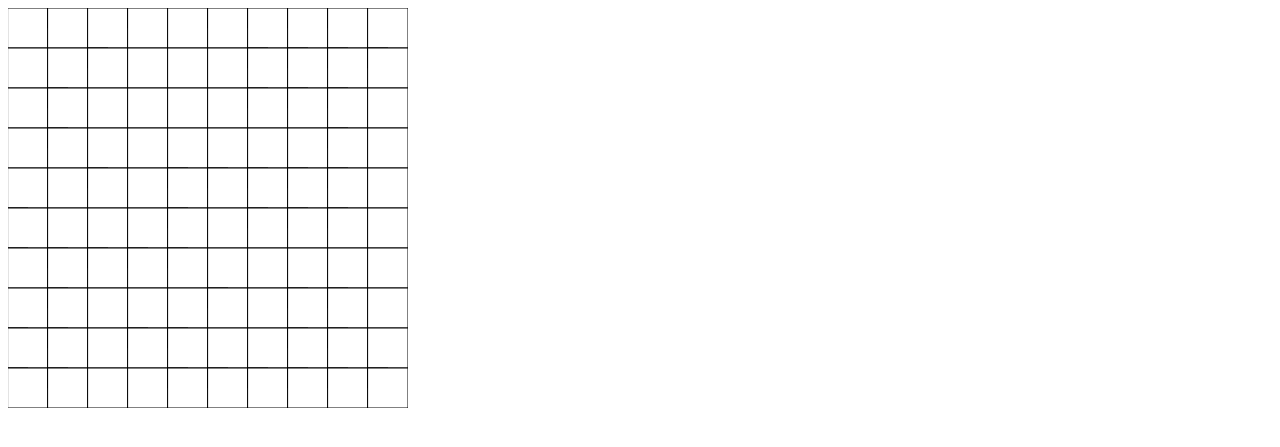
Repository: simenihlen/Game-of-Life
Page: index.html
The author's editor kept a copy of each file at every save. The page is drawn from the files as they stood at one save, then again after the next save.
The browser window is 1280 px wide. The pictures show the whole page.

Above is the page before, as saved 2025-09-05 16:27:43.

### index.html
<!DOCTYPE html>
<html>
  <head>
    <meta charset="utf-8">
    <title>p5.js Grid Example</title>
    <script src="https://cdn.jsdelivr.net/npm/p5@1.9.0/lib/p5.min.js"></script>
    <script src="sketch.js"></script>
  </head>
  <body>
  </body>
</html>

### sketch.js
function make2DArray(cols, rows) {
    let arr = new Array(cols);
    for (let i = 0; i < arr.length; i++) {
        arr[i] = new Array(rows);
    }
    return arr;
}
let grid;
let cols;
let rows;
let resolution = 40;

function setup() {
    createCanvas(400, 400);
    cols = width / resolution;
    rows = height / resolution;

    grid = make2DArray(cols, rows);
    for (let i = 0; i < cols; i++) {
        for (let j = 0; j < rows; j++) {
            grid[i][j] = floor(random(2));
        }
    }
}

function draw() {
    background(0);
    for (let i = 0; i < cols; i++) {
        for (let j = 0; j < rows; j++) {
            let x = i * resolution;
            let y = j * resolution;
            if (grid[i][j] == 1) {
                fill(255);
                rect(x, y, 20, 20);
            }
            rect(x, y, resolution, resolution);
        }
    }
}

After the next save:
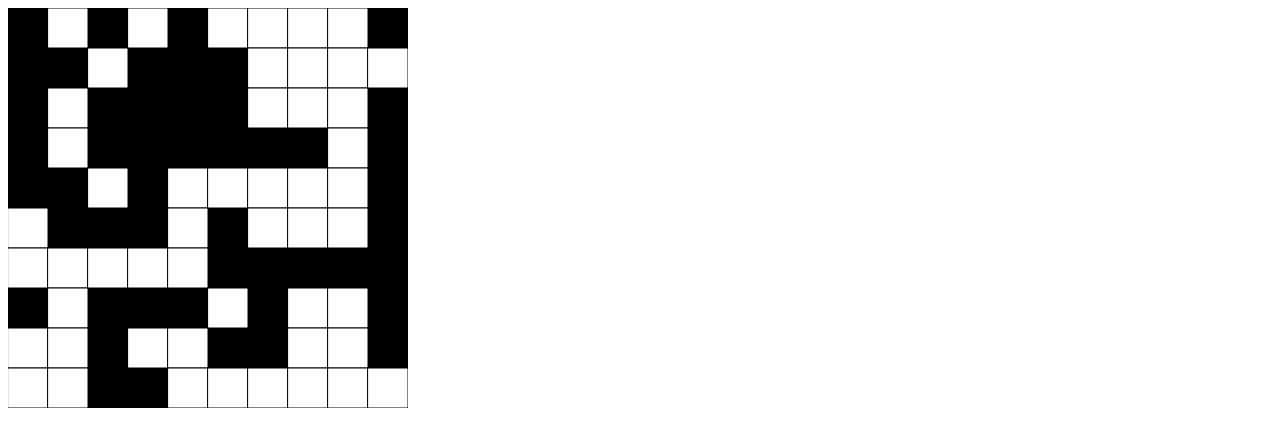
Saved 58 s later.
--- a/sketch.js
+++ b/sketch.js
@@ -31,9 +31,8 @@
             let y = j * resolution;
             if (grid[i][j] == 1) {
                 fill(255);
-                rect(x, y, 20, 20);
+                rect(x, y, resolution, resolution);
             }
-            rect(x, y, resolution, resolution);
         }
     }
 }
